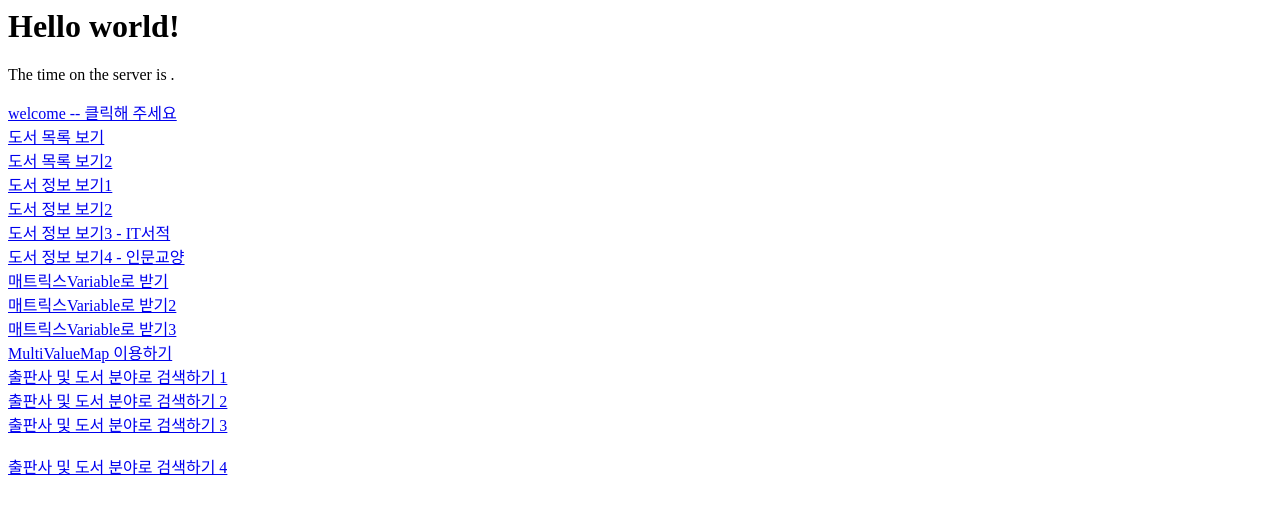
Repository: heojun0827/SpringLegacy
Page: http://localhost/book/WEB-INF/views/home.jsp
The author's editor kept a copy of each file at every save. The page is drawn from the files as they stood at one save, then again after a run of saves.
The browser window is 1280 px wide. The pictures show the whole page.
The page is served by Tomcat 9. Nobody is signed in. The template is opened directly, without the code that normally fills it, so the values that code supplies are empty.

Above is the page before, as saved 2023-07-12 02:54:49.

After the next 2 saves:
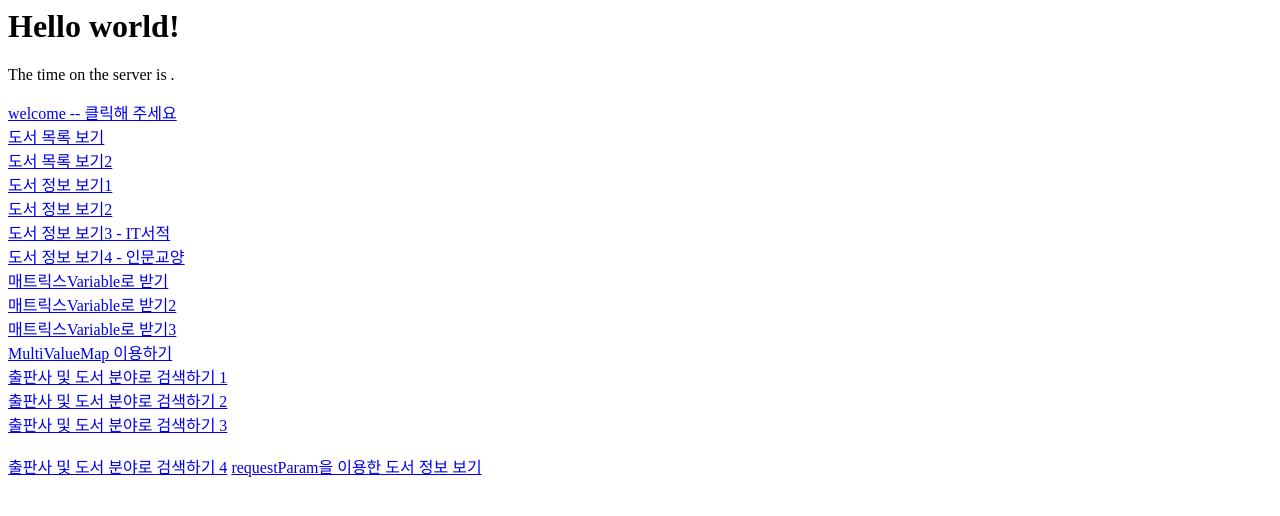
The 2 saves are shown as one change because they came seconds apart.
The last was saved 18 s later.
--- a/book/src/main/webapp/WEB-INF/views/home.jsp
+++ b/book/src/main/webapp/WEB-INF/views/home.jsp
@@ -28,6 +28,6 @@
 
 	<!--  이지스퍼블리싱 출판사에 도서분야가 IT서적, 인문교양 두개가 있다면 아래와 같이 작성하면됨 -->
 	<a href="/books/filter/bookFilter;publisher=이지스퍼블리싱;category=IT서적,인문교양">출판사 및 도서 분야로 검색하기 4</a>
-	<a href="/test/t8?id=ISBN-1234"></a>
+	<a href="/test/t8?id=ISBN-1234">requestParam을 이용한 도서 정보 보기</a>
 </body>
 </html>
